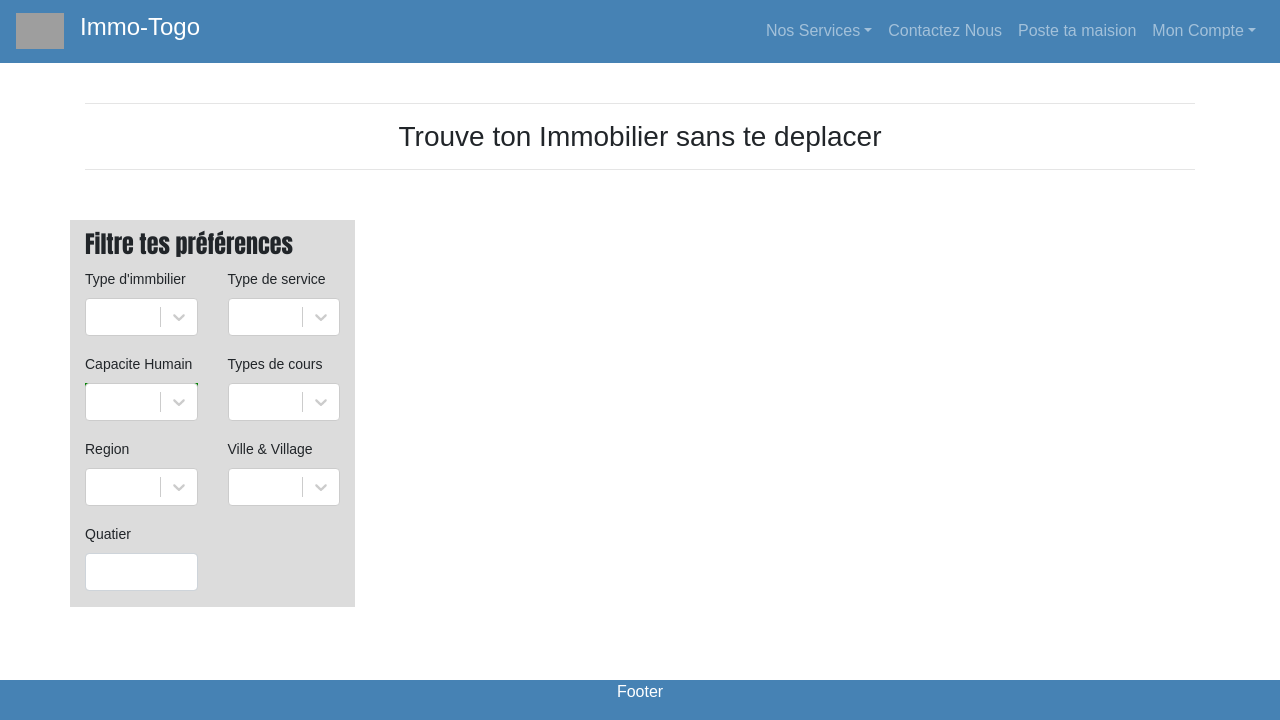
Repository: TAYLOR-YAO/immobilier-togo
Page: / (app in client/)
The author's editor kept a copy of each file at every save. The page is drawn from the files as they stood at one save, then again after the next save.
The browser window is 1280 px wide. The pictures show the whole page.
Pictures or frames that could not be fetched are drawn as grey boxes. The page's requests for data from a server got no answer. The project was rebuilt for these pictures with package versions that can differ from the ones it lists, and the page was loaded fresh each time. No one was signed in, and anything a server would have sent is missing. Also part of the build but not shown: client/src/Components/RegisterHouses/RegisterHouse.css, client/src/Components/RegisterHouses/RegisterHouse.js, client/src/Components/Test_file.js, client/src/Components/test-2.js.

Above is the page before, as saved 2020-05-15 00:12:59.

### client/src/App.js
import React from 'react';
import './App.css';
// import LendingPage from "./LendingPage/LendingPage";
import Router from "./Components/Router/Router";
import Navbar from "./Components/Navbar/Navbar";

function App() {
  return (
    <div className="App">
      <Navbar/>
      <Router/>
      <div className="footer fixed-bottom">
        <p>Footer</p>
      </div>
    </div>
  );
}

export default App;

### client/src/App.css
.App {
  text-align: center;
}

.App-logo {
  height: 5vmin;
  pointer-events: none;
}

@media (prefers-reduced-motion: no-preference) {
  .App-logo {
    animation: App-logo-spin infinite 20s linear;
  }
}
html {
position: relative;
min-height: 100%;
}
body {
margin: 0 0 100px;
font-family: sans-serif;
}
.content {
padding: 15px;
box-sizing: border-box;
text-align: center;
}
.footer {
  background-color: #4682B4 !important;
  color: #ffffff;
}
body > div.fade.hadow-lg.border.modal.show > div > div > div.bg-danger.text-white.text-center.py-1.modal-header{
  background-color: #4682B4 !important;
}

### client/src/Components/Router/Router.js

import React from "react";
import {Switch, Route} from "react-router-dom";

import LendingPage from "../LendingPage/LendingPage";

import RegisterHouse from "../RegisterHouses/RegisterHouse";
import TestFile from "../Test_file";
import TestFile2 from "../test-2";



const Router =()=>(
    <Switch>
        <Route exact path="/" component={LendingPage} />
        <Route exact path="/poster-immobiliers" component={RegisterHouse} />
        <Route exact path="/test" component={TestFile} />
        <Route exact path="/test2" component={TestFile2} />

    </Switch>
)
export default Router;

### client/src/Components/Navbar/Navbar.js
import React, {Component} from 'react';
import { Nav, NavDropdown, Navbar } from 'react-bootstrap';
import './Navbar.css';
var logo = "https://thumbs.dreamstime.com/z/mains-et-maisons-toits-logo-d-immobiliers-89005989.jpg";


class Navigations extends Component {
 state = {
   username: ""
};

  render() {
    return <div>

<Navbar collapseOnSelect expand="lg" bg="success" variant="dark" className="navbar navbar-fixed-top">
    <Navbar.Brand href="/node_modules">
        <img src={logo} className="App-logo" alt="logo" style={{float:"left"}} />
    </Navbar.Brand>
    <Navbar.Brand href="/">
        <h4>Immo-Togo  </h4>
    </Navbar.Brand>
    <Navbar.Toggle aria-controls="responsive-navbar-nav" />
    <Navbar.Collapse id="responsive-navbar-nav">
        <Nav className="mr-auto">
        </Nav>
        <Nav>
            <NavDropdown title="Nos Services" id="collasible-nav-dropdown">
                <NavDropdown.Item href="#action/3.1">Annonce et vente de Maison</NavDropdown.Item>
                <NavDropdown.Divider />
                <NavDropdown.Item href="#action/3.3">Annonce et vente de Terrains</NavDropdown.Item>
                <NavDropdown.Divider />
                <NavDropdown.Item href="#action/3.4">Annonce et location</NavDropdown.Item>
            </NavDropdown>
            <Nav.Link href="/">Contactez Nous</Nav.Link>
            <Nav.Link href="poster-immobiliers">Poste ta maision</Nav.Link>
            <NavDropdown title="Mon Compte" id="collasible-nav-dropdown">
                <NavDropdown.Item href="#action/3.1">Modifier</NavDropdown.Item>
                <NavDropdown.Divider />
                <NavDropdown.Item href="#action/3.3">Solicite L'aide</NavDropdown.Item>
                <NavDropdown.Divider />
                <NavDropdown.Item href="#action/3.4">Quitter</NavDropdown.Item>
            </NavDropdown>
        </Nav>
    </Navbar.Collapse>
</Navbar>

    </div>

  }
}

export default Navigations;

### client/src/Components/LendingPage/LendingPage.js
import React, {Component} from 'react';
import './LendingPage.css';
import ReactHtmlParser from 'react-html-parser';
import axios from "axios";
import { Container ,Row, Col, Card, Form,Button, Modal } from 'react-bootstrap';
import {regions, villes, immoiliers, cours, nombreChambres, aventages, services} from "../Feeds/feeds";
import Select from 'react-select';
import { Carousel } from 'react-responsive-carousel';
const customStyles = {
  input: styles => {
    return {
      ...styles,
      height: '1.6em'
  };
}
}
class LendingPage extends Component {
 state = {
    immobiliers: [],
    quartier:" ",
    ville:" ",
    descriptions:"",
    autreInfos:"",
    amount: "0.00 cfa",
    // ======================================
    region: "",
    immobilier: "",
    cours: "",
    chambres: "",
    aventages: "",
    services: "",
    // ======================================
    selectedRegion: null,
    selectedCity: null,
    selectedImmobilier: null,
    selectedCours:null,
    selectedNombreChambres: null,
    selectedAventages: null,
    selectedServices: null,
    documents: false,
    show: false,
    close: false,
};
componentDidMount = ()=>{
  axios.get("/api/poster-vente", this.state).then(response=>{
    this.setState({
        immobiliers: response.data,
        clonedImmobiliers: response.data
      })
  })
  this.handleRegionChange = (regionOption) => {
    let filteredRegions = this.state.clonedImmobiliers.filter(immobilier => {
        return immobilier.region === regionOption.value;
    })
    this.setState({
        immobiliers: filteredRegions,
        selectedRegion: regionOption.value
    })
  }
  // ==============================FILTRE Ville================================
  this.handleVillesChange= (cityOption) => {
    let filteredCities = this.state.clonedImmobiliers.filter(immobilier => {
      return immobilier.ville === cityOption.value;
    })
    this.setState({
      immobiliers: filteredCities,
      ville: cityOption.value
    })
  }
  // ==============================FILTRE TYPE D'IMMOBILIER================================
  this.handleImmobilierChange= (immobilierTypeOption) => {
    let filteredImmobilierType= this.state.clonedImmobiliers.filter(immobilier => {
      return immobilier.immobilier === immobilierTypeOption.value;
    })
    this.setState({
      immobiliers: filteredImmobilierType,
      selectedImmobilier: immobilierTypeOption.value
    })
  }

  // ==============================FILTRE TYPE DE COURS================================
  this.handleCoursChange= (coursOptions) => {
    let filteredCoursType= this.state.clonedImmobiliers.filter(immobilier => {
      return immobilier.cours === coursOptions.value;
    })
    this.setState({
      immobiliers: filteredCoursType,
      selectedCours: coursOptions.value
    })
  }
  // ==============================FILTRE NOMBRE DE CHAMBRES================================
  this.handleNombreChambresChange= (nombreChambresOption) => {
    let filterednombreChambres= this.state.clonedImmobiliers.filter(immobilier => {
      return immobilier.chambres === nombreChambresOption.value;
    })
    this.setState({
      immobiliers: filterednombreChambres,
      selectedNombreChambres: nombreChambresOption.value
    })
  }
  // ==============================FILTRE AVENTAGES================================
  // this.handleAventageChange= (aventagesOption) => {
  //   let filterednombreAventages= this.state.clonedImmobiliers.filter(immobilier => {
  //     return immobilier.aventages === aventagesOption.value[0];
  //   })
  //   this.setState({
  //     immobiliers: filterednombreAventages,
  //     selectedAventages: aventagesOption.value
  //   })
  // }
// ================================================
  this.handleServicesChange = (servicesOptions) => {
    // this.setState({ selectedServices: selectedServices, services: selectedServices.value });
    let filteredServices= this.state.clonedImmobiliers.filter(immobilier => {
      return immobilier.aventages === servicesOptions.value[0];
    })
    this.setState({
      immobiliers: filteredServices,
      selectedServices: servicesOptions.value
    })
  }

}

handleAmountChange = (event, maskedvalue, floatvalue) =>{
  this.setState({amount: maskedvalue});
}


handleServicesChange= (selectedServices) => {
  this.setState({ selectedServices: selectedServices, services: selectedServices.value });
}

handleInputsChanges = event => {
  const { target: { name, value } } = event;
  this.setState({ [name]: value });
}

render() {
  // const { immobiliers} = this.state;
  const { immobiliers, selectedRegion, selectedCity, selectedImmobilier,selectedCours,selectedNombreChambres, selectedAventages, selectedServices} = this.state;
  return <div>

      <Container>
          <div style={{textAlign:"center"}}>
            <br/>
            <hr/>
            <h3>Trouve ton Immobilier sans te deplacer</h3>
            <hr/>
          </div>
        <br/>
        <Row style={{marginTop:"10px", height:"300px"}}>
        <Col sm={3} style={{background:"#DCDCDC", textAlign:"left"}}>
          <h4 style={{marginTop:"10px", fontFamily:"impact"}}>Filtre tes préférences</h4>
          <Row>
            <Col sm={6}>
              <Form.Group controlId="exampleForm.ControlSelect1" >
                <Form.Label style={{fontSize:"14px"}}>Type d'immbilier</Form.Label>
                <br/>
                <Select
                styles={customStyles}
                placeholder={selectedImmobilier}
                value={this.state.selectedImmobilier}
                onChange={this.handleImmobilierChange}
                options={immoiliers}
                />
              </Form.Group>
            </Col>
            <Col sm={6}>
              <Form.Group controlId="exampleForm.ControlSelect1" >
                <Form.Label style={{fontSize:"14px"}}>Type de service</Form.Label>
                <br/>
                <Select
                    styles={customStyles}
                    placeholder={selectedServices}
                    value={this.state.selectedServices}
                    onChange={this.handleServicesChange}
                    options={services}
                />
              </Form.Group>
            </Col>
          </Row>
          <Row>
            <Col sm={6}>
              <Form.Group controlId="exampleForm.ControlSelect1" >
                <Form.Label style={{fontSize:"14px"}}>Capacite Humain</Form.Label>
                <br/>
                <Select
                    styles={customStyles}
                    placeholder={selectedNombreChambres}
                    value={this.state.selectedNombreChambres}
                    onChange={this.handleNombreChambresChange}
                    options={nombreChambres}
                />
              </Form.Group>
            </Col>
            <Col sm={6}>
              <Form.Group controlId="exampleForm.ControlSelect1" >
              <Form.Label style={{fontSize:"14px"}}>Types de cours</Form.Label>
              <br/>
              <Select
                styles={customStyles}
                placeholder={selectedCours}
                value={this.state.selectedCours}
                onChange={this.handleCoursChange}
                options={cours}
                // isMulti
                />
              </Form.Group>
            </Col>
          </Row>
          <Row>
            <Col sm={6}>
              <Form.Group controlId="exampleForm.ControlSelect1" >
              <Form.Label style={{fontSize:"14px"}}>Region</Form.Label>
              <br/>
              <Select
                  styles={customStyles}
                  placeholder={selectedRegion}
                  value={this.state.selectedRegion}
                  onChange={this.handleRegionChange}
                  options={regions}
                />
              </Form.Group>
            </Col>
            <Col sm={6}>
              <Form.Group controlId="exampleForm.ControlSelect1" >
              <Form.Label style={{fontSize:"14px"}}>Ville & Village</Form.Label>
              <br/>
              <Select
                  styles={customStyles}
                  placeholder={selectedCity}
                  value={this.state.selectedCity}
                  onChange={this.handleVillesChange}
                  options={villes}
                />
             </Form.Group>
            </Col>
          </Row>
          <Row>
            <Col sm={6}>
              <Form.Group controlId="exampleForm.ControlSelect1" >
                <Form.Label style={{fontSize:"14px"}}>Quatier</Form.Label>
                <Form.Control type="text" placeholder="Ex: Adidogomé " value={this.state.quartier} name="quartier" onChange={this.handleInputsChanges}/>
              </Form.Group>
            </Col>
            {/* <Col sm={6}>
              <Form.Group controlId="exampleForm.ControlSelect1" >
              <Form.Label style={{fontSize:"14px"}}>Aventages</Form.Label>
              <br/>
              <Select
                  styles={customStyles}
                  placeholder={selectedAventages}
                  value={this.state.selectedAventages}
                  onChange={this.handleAventageChange}
                  options={aventages}
                  isMulti
                />
              </Form.Group>
            </Col> */}
          </Row>
          </Col>
{/* ===================================================================== */}
          <Col sm={9}>
            <Row>
              <Col sm={12}>
                <Row>
                  <Col sm={12}>
                    { immobiliers.map(immobilier =>
                    <div key={immobilier._id} >
                      <Row style={{borderTop:"3px double #000", paddingTop:"10px"}}>
                        <Col sm={8}>
                          <div >
                            <Card>
                              <Card.Title><h4 style={{fontFamily:"impact" }}>{immobilier.titre}</h4></Card.Title>
                                <Card.Body className="housepics">
                                  <Carousel>
                                  {immobilier.images.map((image,index) =>
                                    <div key={index}>
                                      <img src={image} alt="Item View"/>
                                      <p className={image}>Legend 2</p>
                                    </div>
                                  )}
                                </Carousel>
                              </Card.Body>
                            </Card>
                          </div>
                        </Col>
                        <Col sm={4} style={{textAlign:"left",background:"#DCDCDC", paddingTop:"10px",overflow:"auto"}}>
                            <h4 style={{fontFamily:"impact" }}>Details le l'immobilier</h4>
                            <hr/>
                            <h5  style={{fontFamily:"impact" }}>{`Prix:   ${immobilier.amount}`}</h5>
                            <hr/>
                            <p style={{fontFamily:"impact" }}><strong>Telephone: </strong>{` ${immobilier.sellerContacts}`}</p>
                            <hr/>
                            <a href="mailto:taylot.dev25@gmail.com?subject=Immo-Togo: Manifestation d'interet">{`Contacter le proprietaire: ${immobilier.sellerEmail}`}</a>
                            <hr/>
                            <a href="https://firebasestorage.googleapis.com/v0/b/immo-togo.appspot.com/o/immo-togo%2F27752247_1641686842578627_1891016869452810300_n.jpg?alt=media&token=f6b03fa1-4225-4add-8caa-f81f313e2d23" download="w3logo">Telecharger le contract</a>
                            <hr/>
                            <Row>
                              <Col sm={12}>
                                <Button
                                  variant="outline-dark"
                                  // variant="none"
                                  onClick={() => this.setState({ show: true })}
                                >
                                  Plus de Detailles
                                </Button>
                                <Modal
                                  show={this.state.show}
                                  animation={true}
                                  size="md" className="hadow-lg border">
                                  <Modal.Header className="bg-danger text-white text-center py-1" id="mondal-header">
                                    <Modal.Title className="text-center">
                                      <h5>Plus De Detailles A Lire</h5>
                                    </Modal.Title>
                                  </Modal.Header>
                                  <Modal.Body className="py-0 border">
                                    {/*=====================Modal Body====================== */}
                                    <p><strong>Type de cours:</strong> {immobilier.cours ? ` ${immobilier.cours}` : ""}</p>
                                    <p><strong>Offre:</strong> {immobilier.services ? ` ${immobilier.services}` : ""}</p>
                                    <p><strong>Ville & Village:</strong>{` ${immobilier.ville}`}</p>
                                    <p><strong>Quartier:</strong>  {` ${immobilier.quartier}`} </p>
                                    <div>{immobilier.chambres ?(<div><strong>Nombre de Piece(s): </strong>{immobilier.chambres}</div>): ""}</div>
                                    <p>{immobilier.aventage ? `Aventale du lieu: ${immobilier.aventage.map(aventage =>{
                                    return ` ${aventage.value} |`
                                    })}` : ""}
                                    </p>
                                    <div><h6><strong>Address:</strong> </h6>{` ${immobilier.address}`}</div>
                                    <hr/>
                                    <div><h5><strong>Descriptions:</strong> </h5>  {ReactHtmlParser (immobilier.descriptions)}  </div>
                                    {/* ==================================================== */}

                                  </Modal.Body>
                                    <Modal.Footer className="py-1 d-flex justify-content-center">
                                      <div>
                                        <Button
                                          variant="outline-dark" onClick={() => this.setState({ show: false })}>Cancel</Button>
                                      </div>
                                      <div>
                                        <Button variant="outline-danger" className="mx-2 px-3">Delete</Button>
                                      </div>
                                    </Modal.Footer>
                                </Modal>
                              </Col>
                            </Row>
                        </Col>
                      </Row>
                        <hr/>
                      </div>
                    )}
                  </Col>
                </Row>

              </Col>
            </Row>
          </Col>
        </Row>
      </Container>
    </div>
  }
}

export default LendingPage;

### client/src/Components/Navbar/Navbar.css
/*
#root > div > div:nth-child(1) > nav{
    position: fixed;
    top: 0;
    width: 100%;

} */


#root > div > div:nth-child(1) > nav{
    background-color: #4682B4 !important;
}

### client/src/Components/LendingPage/LendingPage.css


.housepics{
    max-width: 80% !important;
    margin: auto;

}

#root > div > div:nth-child(2) > div > div.row > div.col-sm-3 > div:nth-child(3) > div:nth-child(1) > div > div{
    background-color:green !important;
    height: 20px !important;
}
#root > div > div:nth-child(2) > div > div.row >
 div.col-sm-9 > div > div > div > div > div > div >
 div.col-sm-8 > div > div > div.housepics.card-body >
  div > div:nth-child(2) > div > ul{
    margin-bottom: -5px !important;
    padding-bottom: -10px !important;
}

body > div.fade.hadow-lg.border.modal.show > div > div > div.bg-danger.text-white.text-center.py-1.modal-header{
    background-color:#4682B4;
}
#root > div > div:nth-child(2) > div > div.row > div.col-sm-9 > div > div > div > div > div > div > div.col-sm-4 > div > div > button{
    background-color:#4682B4;
    /* outline: #4682B4; */
    cursor: pointer;

}

Loaded but not shown: client/public/index.html (common file); client/src/index.js (common file); client/src/index.css (common file); client/src/serviceWorker.js (common file); client/src/Components/Feeds/feeds.js (89 lines, source omitted)

After the next save:
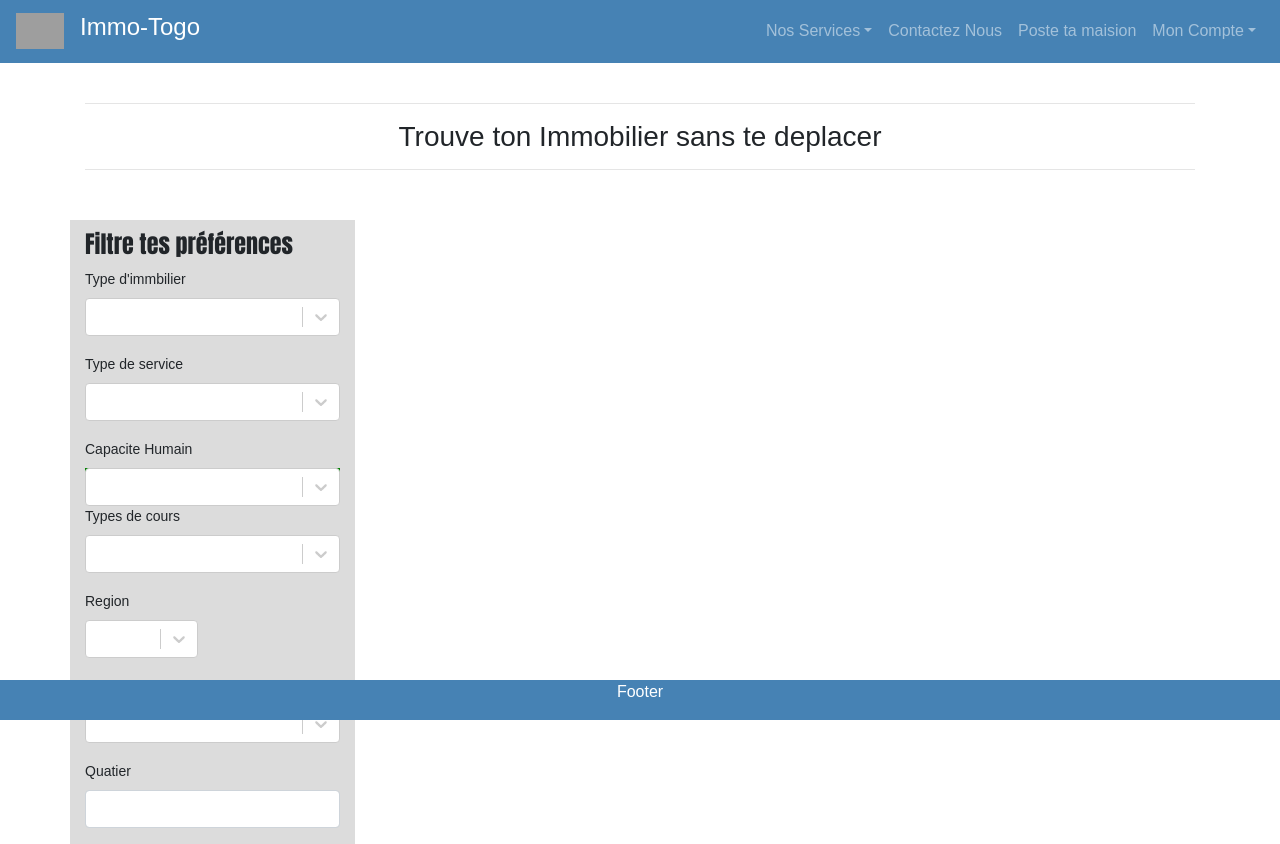
Saved 59 s later.
--- a/client/src/Components/LendingPage/LendingPage.js
+++ b/client/src/Components/LendingPage/LendingPage.js
@@ -153,7 +153,7 @@ render() {
         <Col sm={3} style={{background:"#DCDCDC", textAlign:"left"}}>
           <h4 style={{marginTop:"10px", fontFamily:"impact"}}>Filtre tes préférences</h4>
           <Row>
-            <Col sm={6}>
+            <Col sm={12}>
               <Form.Group controlId="exampleForm.ControlSelect1" >
                 <Form.Label style={{fontSize:"14px"}}>Type d'immbilier</Form.Label>
                 <br/>
@@ -166,7 +166,7 @@ render() {
                 />
               </Form.Group>
             </Col>
-            <Col sm={6}>
+            <Col sm={12}>
               <Form.Group controlId="exampleForm.ControlSelect1" >
                 <Form.Label style={{fontSize:"14px"}}>Type de service</Form.Label>
                 <br/>
@@ -181,7 +181,7 @@ render() {
             </Col>
           </Row>
           <Row>
-            <Col sm={6}>
+            <Col sm={12}>
               <Form.Group controlId="exampleForm.ControlSelect1" >
                 <Form.Label style={{fontSize:"14px"}}>Capacite Humain</Form.Label>
                 <br/>
@@ -194,7 +194,7 @@ render() {
                 />
               </Form.Group>
             </Col>
-            <Col sm={6}>
+            <Col sm={12}>
               <Form.Group controlId="exampleForm.ControlSelect1" >
               <Form.Label style={{fontSize:"14px"}}>Types de cours</Form.Label>
               <br/>
@@ -223,7 +223,7 @@ render() {
                 />
               </Form.Group>
             </Col>
-            <Col sm={6}>
+            <Col sm={12}>
               <Form.Group controlId="exampleForm.ControlSelect1" >
               <Form.Label style={{fontSize:"14px"}}>Ville & Village</Form.Label>
               <br/>
@@ -238,7 +238,7 @@ render() {
             </Col>
           </Row>
           <Row>
-            <Col sm={6}>
+            <Col sm={12}>
               <Form.Group controlId="exampleForm.ControlSelect1" >
                 <Form.Label style={{fontSize:"14px"}}>Quatier</Form.Label>
                 <Form.Control type="text" placeholder="Ex: Adidogomé " value={this.state.quartier} name="quartier" onChange={this.handleInputsChanges}/>
